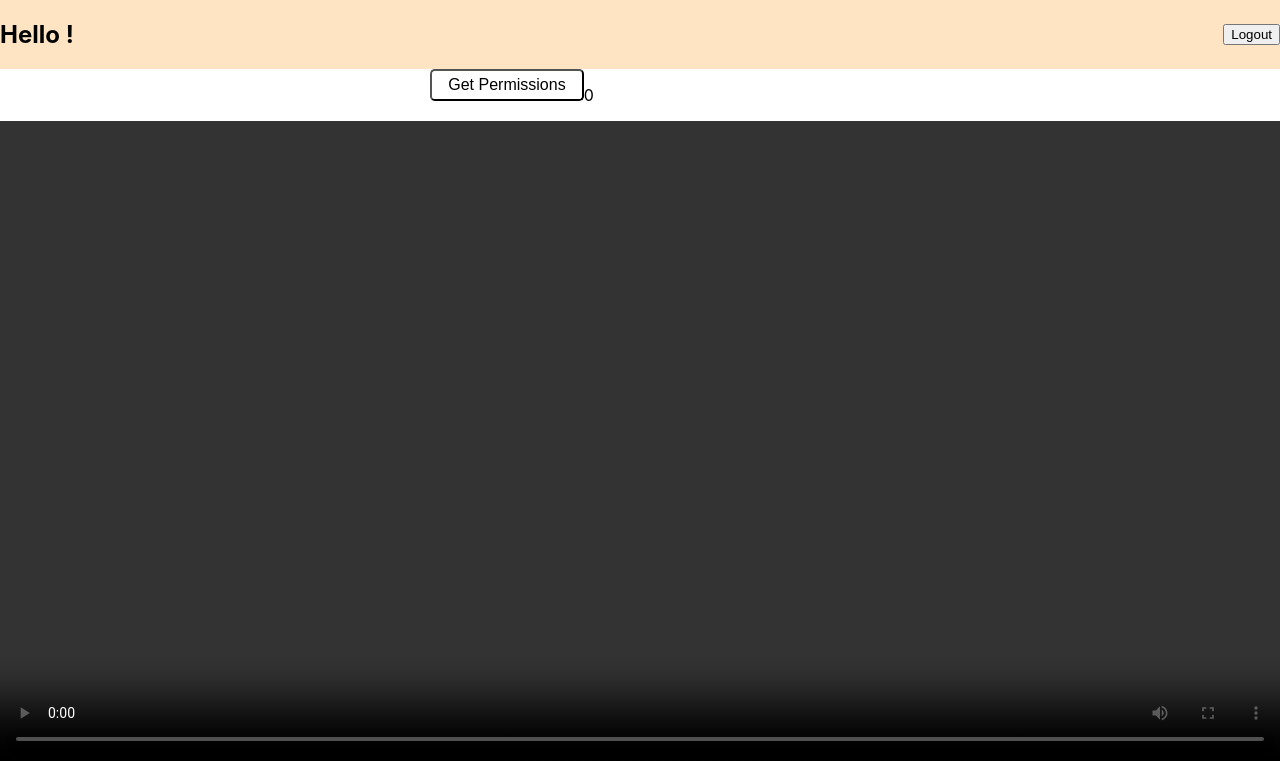
Repository: drumsmanku/test-1
Page: /recording (app in client/)
An editor plug-in stored every save of this project. The page is shown before and after the next save, followed by the edit.
The browser window is 1280 px wide. The pictures show the whole page.
The project was rebuilt for these pictures with package versions that can differ from the ones it lists, and the page was loaded fresh each time. Also part of the build but not shown: client/src/App.css, client/src/Components/Login/Login.module.css, client/src/Components/Login/Login.js, client/src/Components/Register/Register.module.css, client/src/Components/Register/Register.js.

Above is the page before, as saved 2023-08-31 19:13:45.

After the next save:
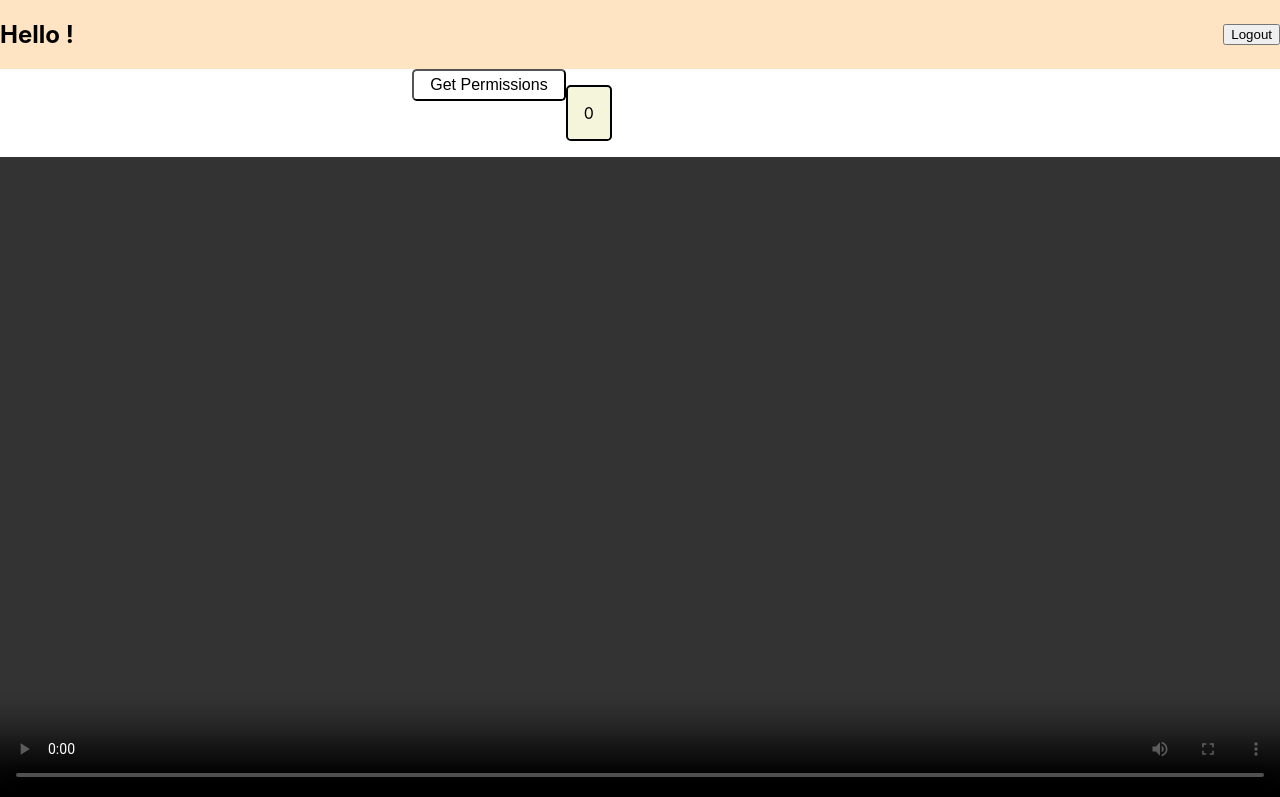
Saved 3 min 54 s later.
--- a/client/src/Components/Recording/Recording.js
+++ b/client/src/Components/Recording/Recording.js
@@ -91,7 +91,9 @@ function Recording() {
             <button className={styles.button} onClick={stopRecording}>Stop Recording</button>
           </div>
         }
-        <p>{progress}</p>
+        <div>
+         <p style={{backgroundColor:'beige', borderRadius:'0.3rem', border:'2px solid black', padding:'1rem'}}>{progress}</p>
+        </div>
 
       </div>
       <video id="videoPlayback" controls autoplay></video>
